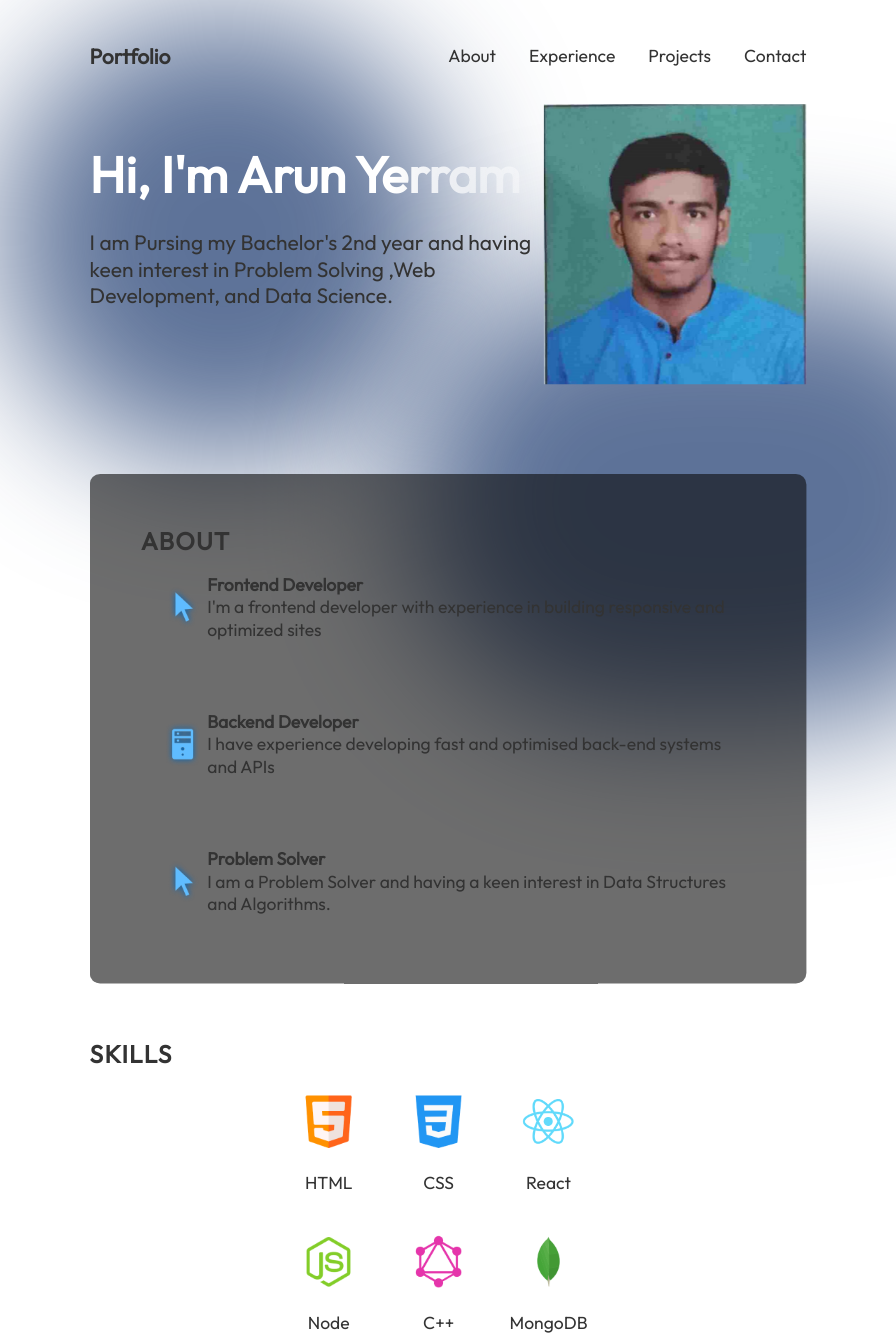
Repository: ARUN-YERRAM/Arun-Yerram-s-Portfolio-Website
Page: /
The author's editor kept a copy of each file at every save. The page is drawn from the files as they stood at one save, then again after the next save.
The browser window is 1280 px wide. The pictures show the part of the page from y = 0 to 1920 px (the page is 3601 px tall), at 70% of full size.
The project was rebuilt for these pictures with package versions that can differ from the ones it lists, and the page was loaded fresh each time. Also part of the build but not shown: vite.config.js.

Above is the page before, as saved 2024-07-07 00:09:10.

After the next save:
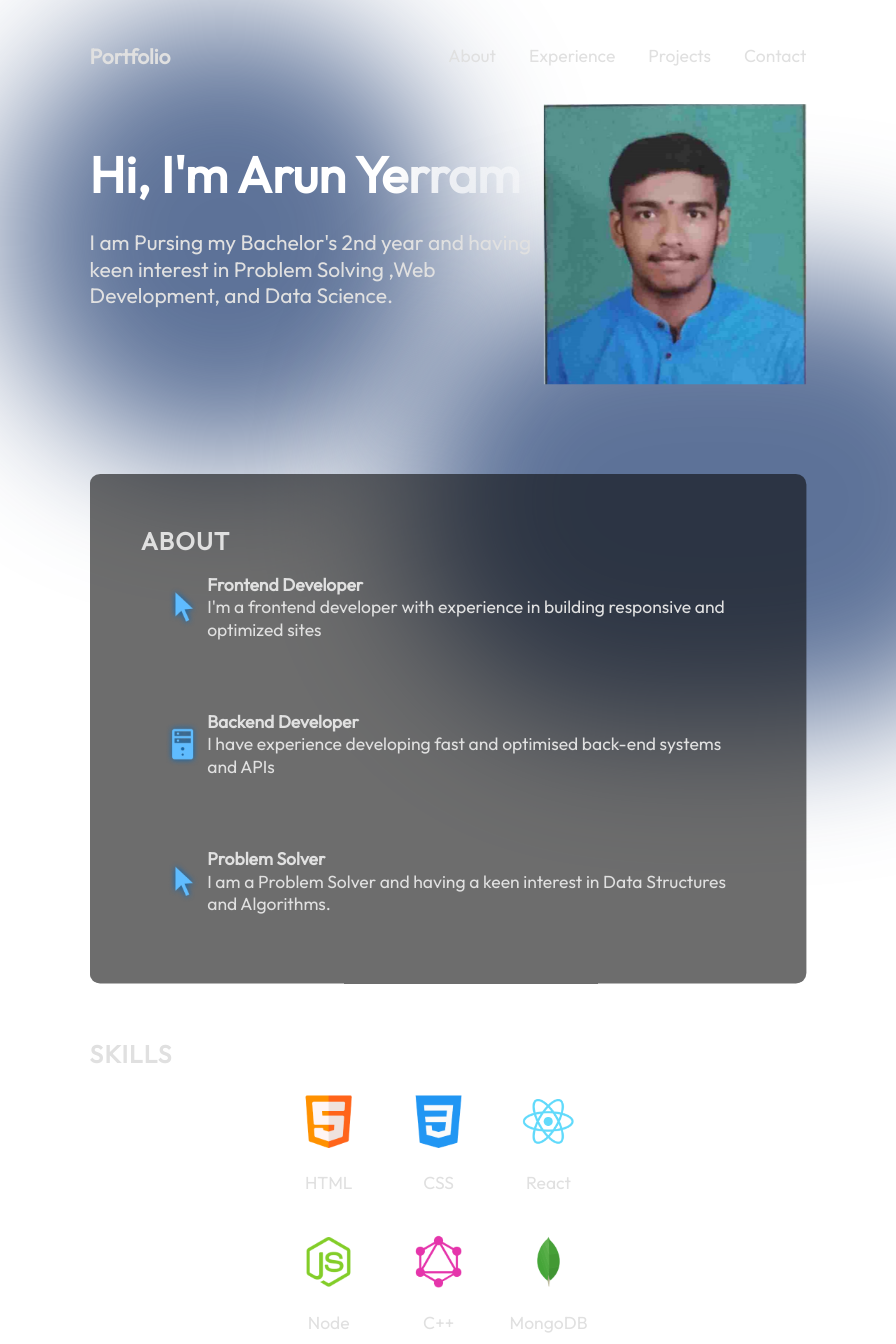
Saved 18 s later.
--- a/docs/vars.css
+++ b/docs/vars.css
@@ -1,14 +1,14 @@
 /* vars.css */
 :root {
-  --color-bg: #f5f5f5;
-  --color-text: #333;
-  --color-header-bg: #333;
-  --color-header-text: #fff;
-  --color-nav-bg: #444;
-  --color-nav-text: #fff;
-  --color-section-bg: #fff;
-  --color-footer-bg: #333;
-  --color-footer-text: #fff;
-  --color-description: #555;
-  --color-link: #007bff;
+  --color-bg: #121212;
+  --color-text: #e0e0e0;
+  --color-header-bg: #1e1e1e;
+  --color-header-text: #ffffff;
+  --color-nav-bg: #252525;
+  --color-nav-text: #ffffff;
+  --color-section-bg: #1e1e1e;
+  --color-footer-bg: #1e1e1e;
+  --color-footer-text: #ffffff;
+  --color-description: #aaaaaa;
+  --color-link: #4e8cff;
 }
